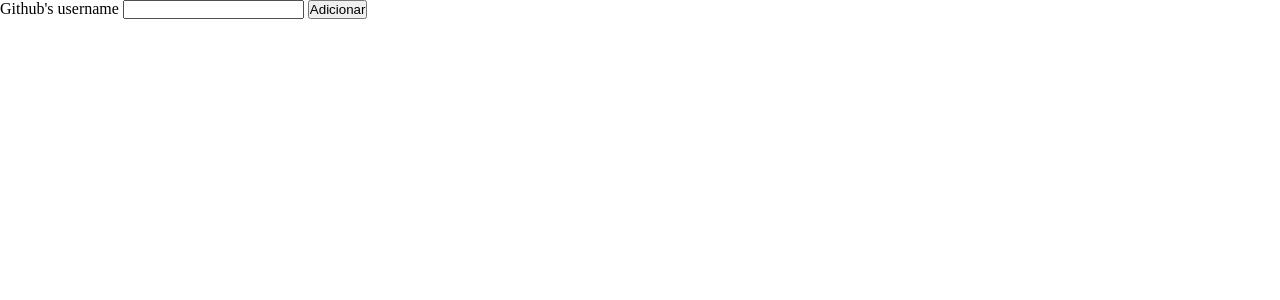
Repository: Orifiel/teste
Page: desafioMod4/desafioJavascritpt0402.html
An editor plug-in stored every save of this project. The page is shown before and after the next save, followed by the edit.
The browser window is 1280 px wide. The pictures show the whole page.

Above is the page before, as saved 2020-08-24 11:42:56.

### desafioMod4/desafioJavascritpt0402.html
<!DOCTYPE html>
<html lang="en">
<head>
    <meta charset="UTF-8">
    <meta name="viewport" content="width=device-width, initial-scale=1.0">
    <title>Document</title>
</head>
<style>
    *{
        padding: 0;
        margin: 0;
        box-sizing: border-box;
    }
    body {
        display: flex;
        flex-direction: column;
    }
</style>
<body>
    <div class="container">
        <label for="username">Github's username</label>
        <input type="text" name="username" id="username">
        <button onclick=''>Adicionar</button>
    </div>
 <script src="./desafioJavascritpt0402.js"></script>
</body>
</html>

### desafioMod4/desafioJavascritpt0402.js
/**
 * 2º exercício
Crie uma tela com um <input> que deve receber o nome de um usuário no Github. Após digitar o
nome do usuário e clicar no botão buscar a aplicação deve buscar pela API do Github (conforme
URL abaixo) os dados de repositórios do usuário e mostrá-los em tela:
URL de exemplo: https://api.github.com/users/diego3g/repos
Basta alterar "diego3g" pelo nome do usuário.
<input type="text" name="user">
<button onclick="">Adicionar</button>
Depois de preencher o input e adicionar, a seguinte lista deve aparecer abaixo:
<ul>
 <li>repo1</li>
 <li>repo2</li>
 <li>repo3</li>
 <li>repo4</li>
 <li>repo5</li>
</ul>

 */

After the next save:
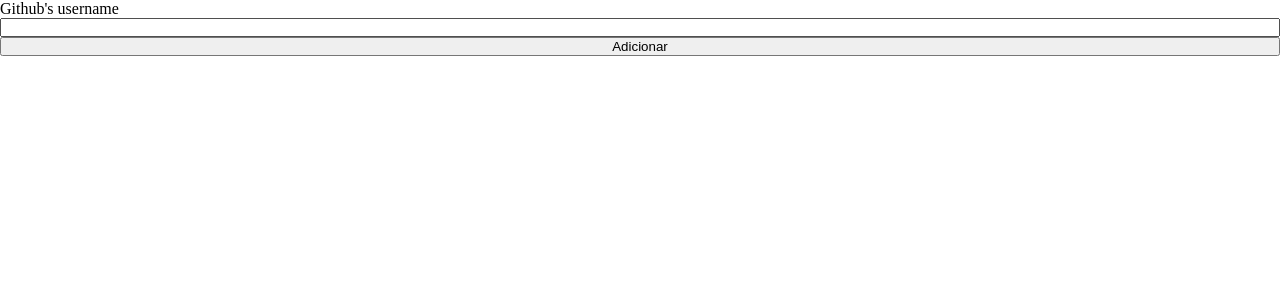
Saved 10 s later.
--- a/desafioMod4/desafioJavascritpt0402.html
+++ b/desafioMod4/desafioJavascritpt0402.html
@@ -11,7 +11,7 @@
         margin: 0;
         box-sizing: border-box;
     }
-    body {
+    div {
         display: flex;
         flex-direction: column;
     }

After the save that followed:
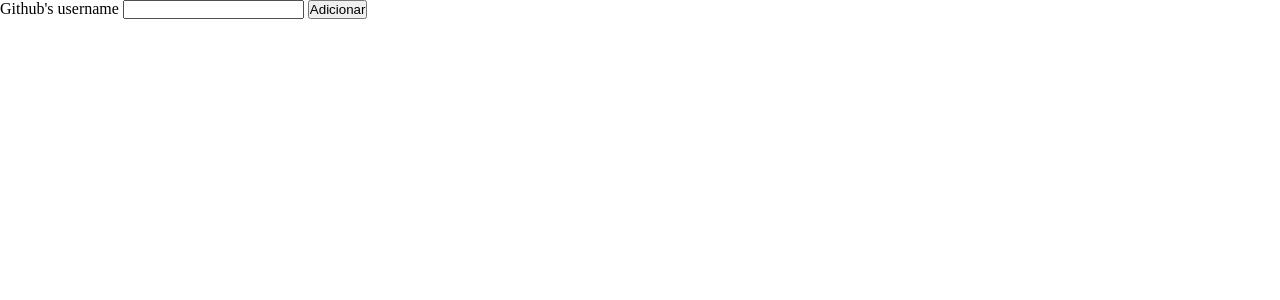
Saved 8 s later.
--- a/desafioMod4/desafioJavascritpt0402.html
+++ b/desafioMod4/desafioJavascritpt0402.html
@@ -11,7 +11,7 @@
         margin: 0;
         box-sizing: border-box;
     }
-    div {
+    div .container {
         display: flex;
         flex-direction: column;
     }
